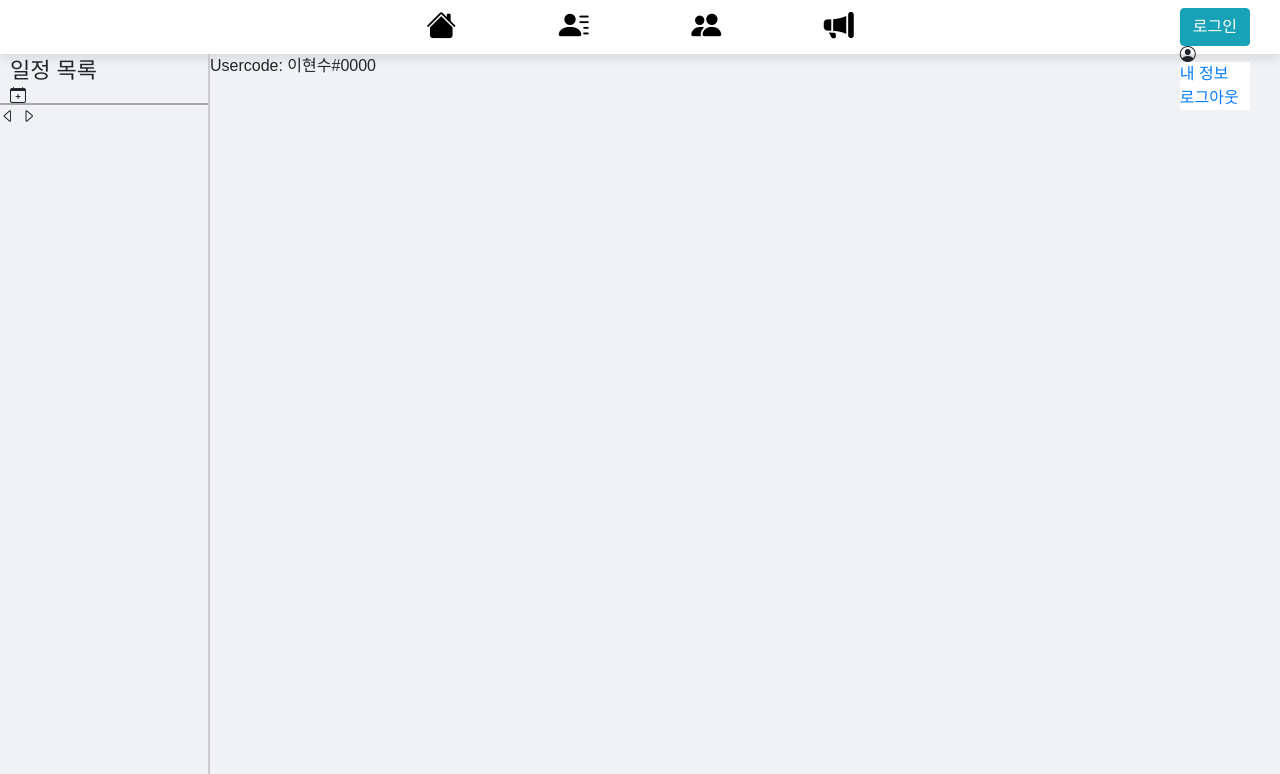
Repository: Hyeon330/Full_stack-code
Page: http://localhost/miniProject/
These files come from the project's save history. The page is drawn as it stood at one moment and after the next save; the edit follows.
The browser window is 1280 px wide. The pictures show the whole page.
Some web fonts or font styles are not loaded; a fallback is used. The page is served by Tomcat 9.

Above is the page before, as saved 2022-03-20 09:07:35.

After the next save:
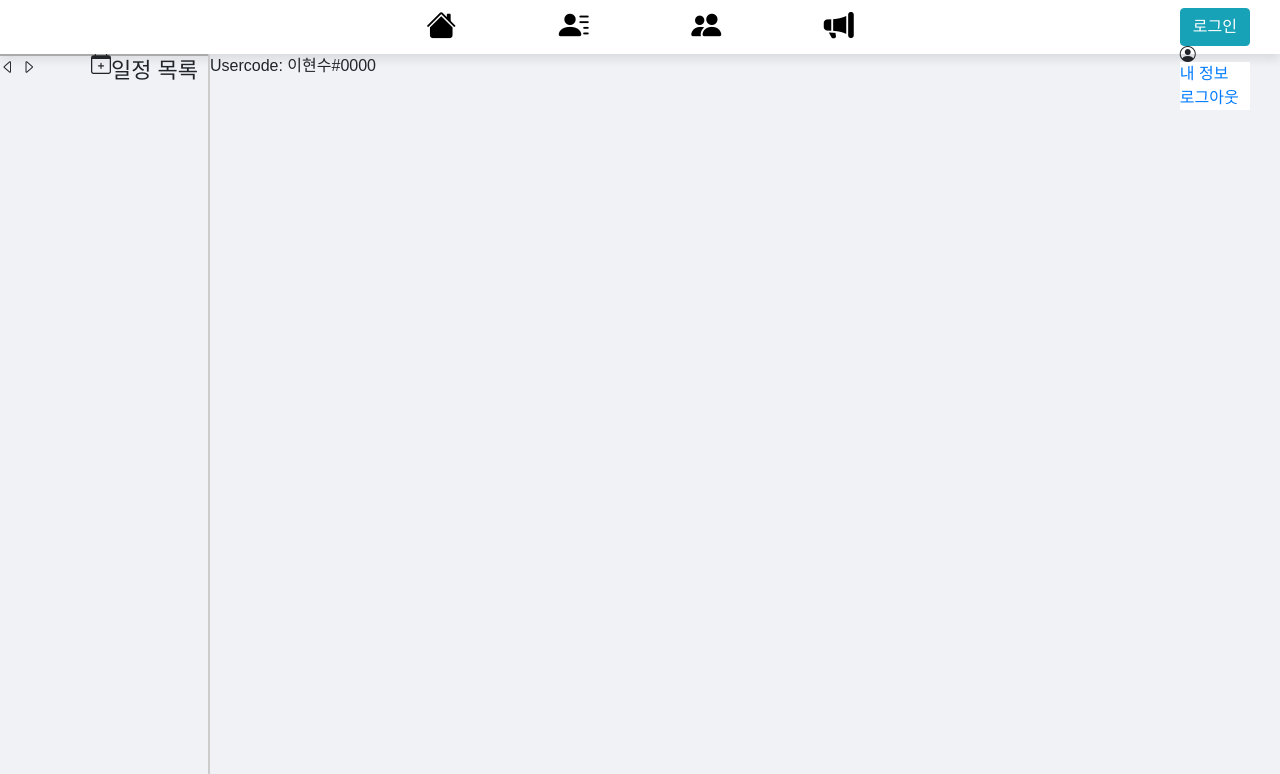
Saved 20 s later.
--- a/주요과제/Spring/miniProject/src/main/webapp/WEB-INF/views/home.jsp
+++ b/주요과제/Spring/miniProject/src/main/webapp/WEB-INF/views/home.jsp
@@ -13,7 +13,7 @@
 #sideTitle > span:first-child {
 	font-size: 22px;
 }
-#sideTitle > div {
+#sideTitle > span {
 	cursor: pointer;
 	font-size: 20px;
 	float: right;
